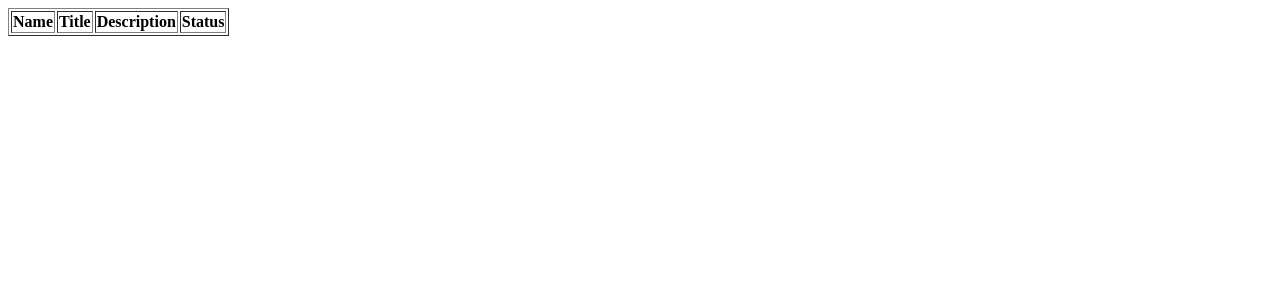
Repository: ARUN-YERRAM/Fs-Kmit
Page: index.html
An editor plug-in stored every save of this project. The page is shown before and after the next save, followed by the edit.
The browser window is 1280 px wide. The pictures show the whole page.

Above is the page before, as saved 2024-12-14 15:37:09.

### index.html
<!DOCTYPE html>
<html lang="en">
<head>
    <meta charset="UTF-8">
    <meta name="viewport" content="width=device-width, initial-scale=1.0">
    <title>Document</title>

</head>
<body>
    <table border="1" id="table-body">
            <thead>
                <tr>
                    <th>Name</th>
                    <th>Title</th>
                    <th>Description</th>
                    <th>Status</th>
                </tr>
            </thead>

        <tbody>
            <!--  -->
            <!-- ${table.name} -->

        </tbody>
        <script href="./app.js"></script>
    </table>
</body>
</html>

After the next save:
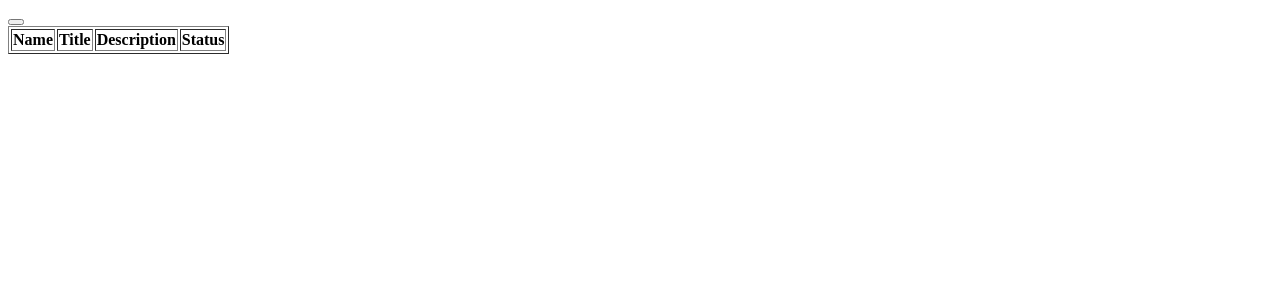
Saved 3 min 54 s later.
--- a/index.html
+++ b/index.html
@@ -20,7 +20,7 @@
         <tbody>
             <!--  -->
             <!-- ${table.name} -->
-
+            <button></button>
         </tbody>
         <script href="./app.js"></script>
     </table>
